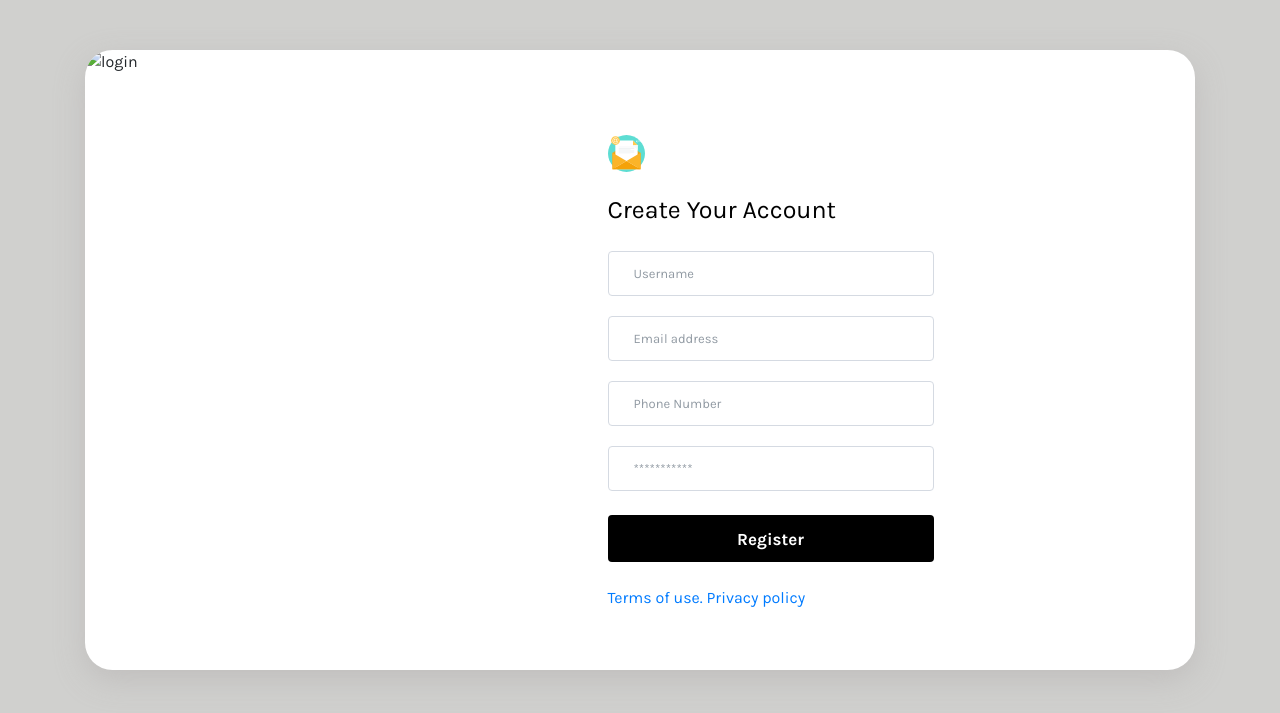
Repository: sara55m/Login
Page: http://localhost/register
An editor plug-in stored every save of this project. The page is shown before and after the next save, followed by the edit.
The browser window is 1280 px wide. The pictures show the whole page.
Some web libraries are served in a nearby version. The page is served by the project's Laravel application, run on PHP 8.4 with Laravel 10.

Above is the page before, as saved 2024-03-01 18:23:06.

After the next save:
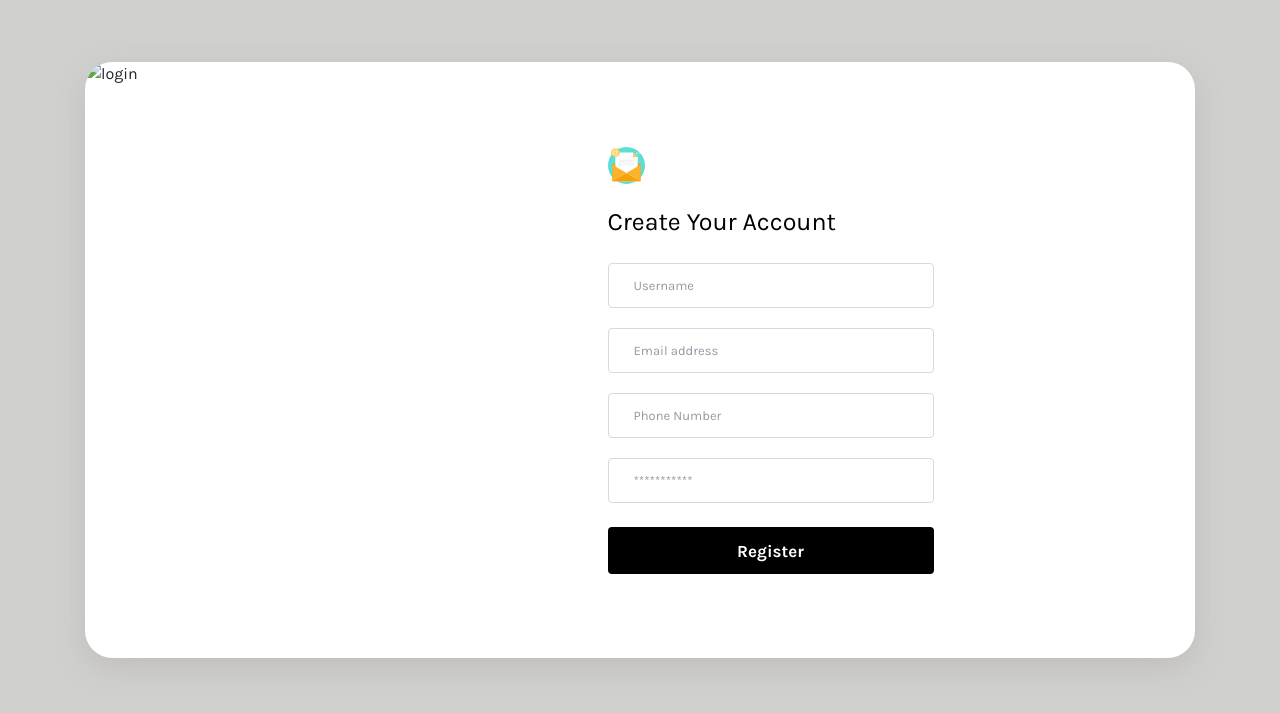
Saved 3 min 6 s later.
--- a/resources/views/register.blade.php
+++ b/resources/views/register.blade.php
@@ -25,6 +25,7 @@
               </div>
               <p class="login-card-description">Create Your Account</p>
               <form action="/register/store" method="post">
+                @csrf
                 <div class="form-group">
                     <label for="username" class="sr-only">Username</label>
                     <input type="text" name="username" id="username" class="form-control" placeholder="Username">
@@ -45,8 +46,7 @@
                   <input name="register" id="register" class="btn btn-block login-btn mb-4" type="button" value="Register">
                 </form>
 
-                  <a href="#!">Terms of use.</a>
-                  <a href="#!">Privacy policy</a>
+
                 </nav>
             </div>
           </div>
